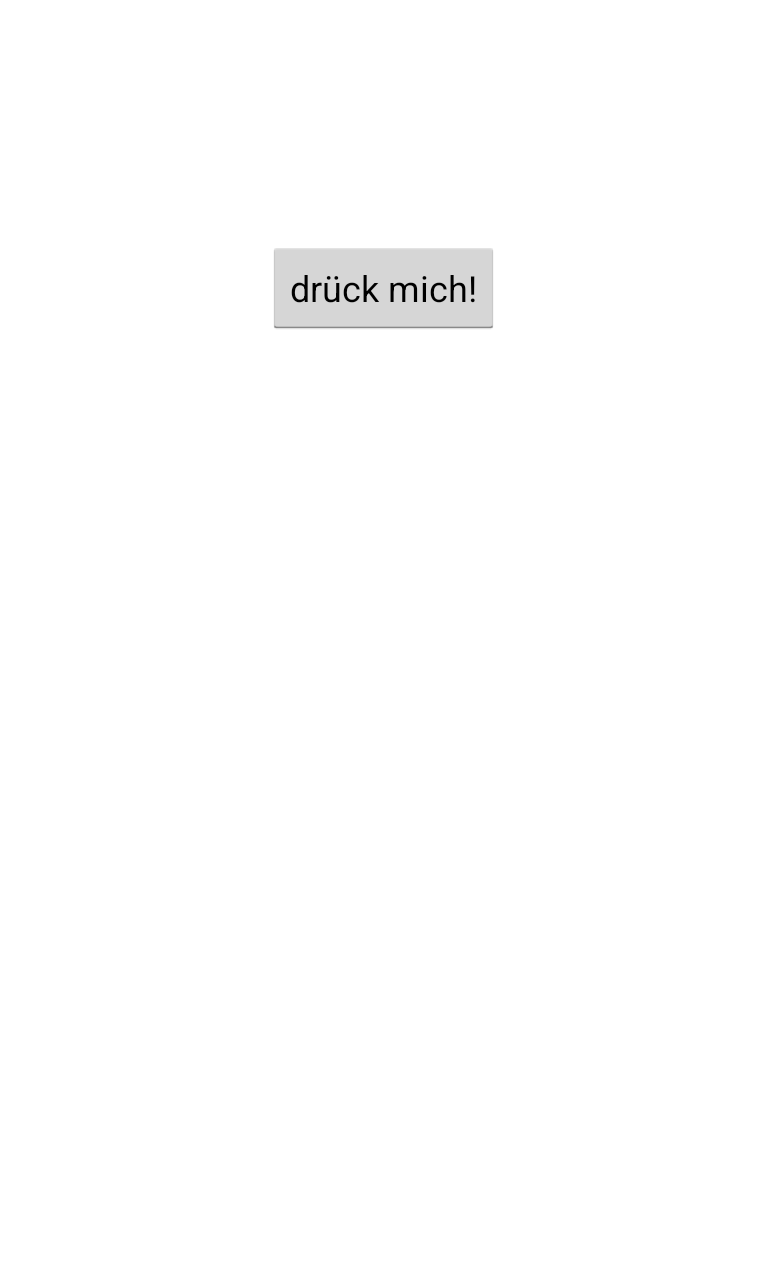
Repository: flashback2k12/ChristmasPresent
Layout: ChristmasPresent/res/layout/activity_secound_coupon.xml
The author's editor kept a copy of each file at every save. The layout is drawn from the files as they stood at one save, then again after the next save.
It is drawn on a 768 x 1280 px phone screen (xhdpi) without system bars, with theme AppTheme; the app's code is not run.

Above is the layout before, as saved 2012-12-18 19:20:09.

### ChristmasPresent/res/layout/activity_secound_coupon.xml
<?xml version="1.0" encoding="utf-8"?>
<RelativeLayout xmlns:android="http://schemas.android.com/apk/res/android"
    android:layout_width="match_parent"
    android:layout_height="match_parent">

    <Button
        android:id="@+id/button1SC"
        android:layout_width="wrap_content"
        android:layout_height="wrap_content"
        android:layout_alignParentTop="true"
        android:layout_centerHorizontal="true"
        android:layout_marginTop="120dp"
        android:onClick="BtnSecoundCoupon"
        android:text="@string/button_standard" />

</RelativeLayout>

### ChristmasPresent/res/values-v11/styles.xml
<resources>

	<style  name="AppTheme" parent="android:Theme.Holo.Light" />

</resources>

### ChristmasPresent/res/values/strings.xml
<?xml version="1.0" encoding="utf-8"?>
<resources>

    <string name="app_name">Weihnachtsgeschenk</string>
    <string name="title_activity_main">Weihnachtsgeschenk</string><string name="menu_settings">Menü</string><string name="hello_schatz_z1">Ich wünsche dir alles liebe zum Weihnachtsfest mein Schatz. :-* </string>
    <string name="hello_schatz_z2">Ich hoffe, dass dir die nächsten Punkte gefallen werden!!! :-)</string>

    <string name="button_standard">drück mich!</string><string name="fuelltext">Spannung...</string><string name="checkbox1">Gutschein 1</string>
    <string name="checkbox2">Gutschein 2</string>
    <string name="checkbox3">Gutschein 3</string>
    <string name="checkbox4">Gutschein 4</string>
    <string name="checkbox5">Gutschein 5</string>
    <string name="gutschein1">Ein Gutschein für einen Kinobesuch deiner Wahl!</string>
    <string name="gutschein2">Ein Gutschein zum Essen gehen deiner Wahl!</string>
    <string name="gutschein3">Ein Gutschein für eine Massage!</string>
    <string name="gutschein4">Ein Gutschein für ein Candlelight Dinner!</string>
    <string name="gutschein5">Ein Gutschein für 4 Knutsch-Fotos im Passbildautomat (Ecke Löffelfamilie)!</string>



</resources>

Loaded but not shown: ChristmasPresent/res/values-v14/styles.xml (common file); ChristmasPresent/res/values/styles.xml (common file)

After the next save:
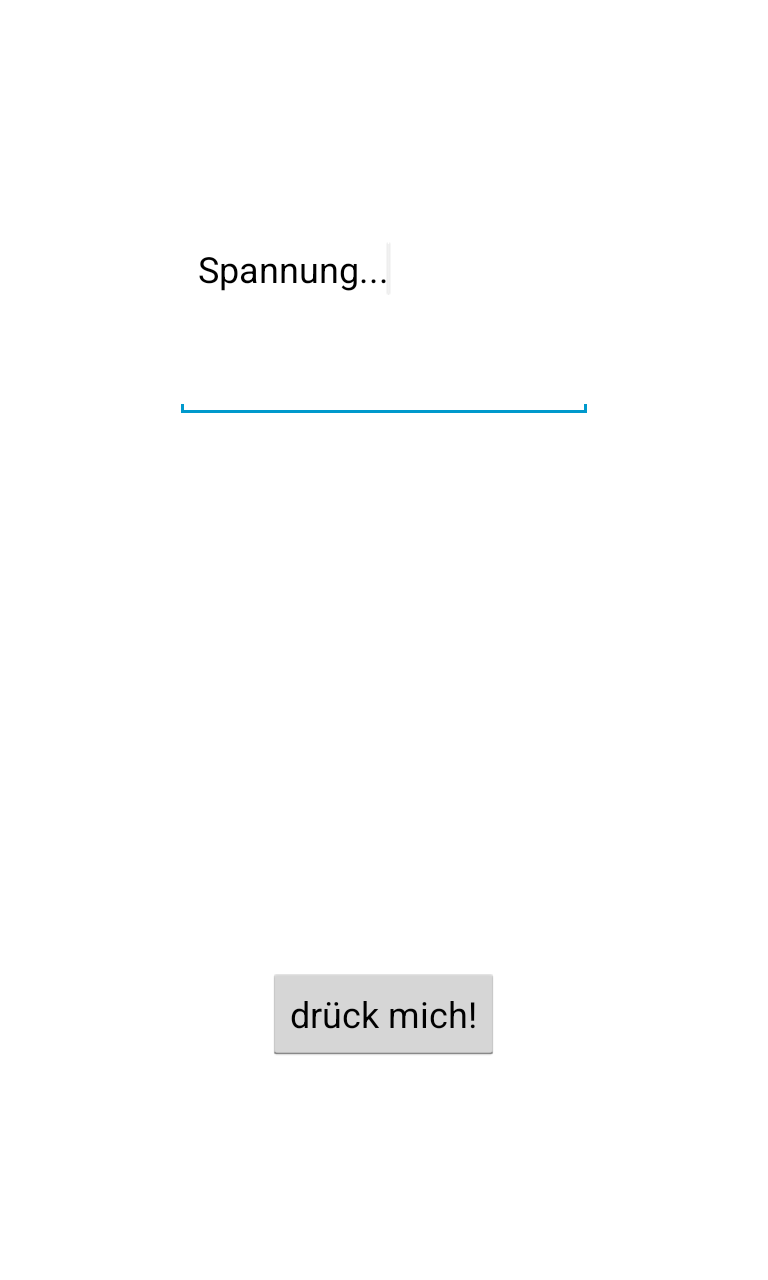
Saved 2 min 42 s later.
--- a/ChristmasPresent/res/layout/activity_secound_coupon.xml
+++ b/ChristmasPresent/res/layout/activity_secound_coupon.xml
@@ -7,10 +7,27 @@
         android:id="@+id/button1SC"
         android:layout_width="wrap_content"
         android:layout_height="wrap_content"
-        android:layout_alignParentTop="true"
+        android:layout_alignParentBottom="true"
         android:layout_centerHorizontal="true"
-        android:layout_marginTop="120dp"
+        android:layout_marginBottom="109dp"
         android:onClick="BtnSecoundCoupon"
         android:text="@string/button_standard" />
 
+    <EditText
+        android:id="@+id/editText1"
+        android:layout_width="wrap_content"
+        android:layout_height="150dp"
+        android:layout_alignParentTop="true"
+        android:layout_centerHorizontal="true"
+        android:layout_marginLeft="30dp"
+        android:layout_marginRight="30dp"
+        android:layout_marginTop="60dp"
+        android:contentDescription="@string/gutschein2"
+        android:ems="10"
+        android:inputType="none"
+        android:text="@string/fuelltext" >
+
+        <requestFocus />
+    </EditText>
+
 </RelativeLayout>
